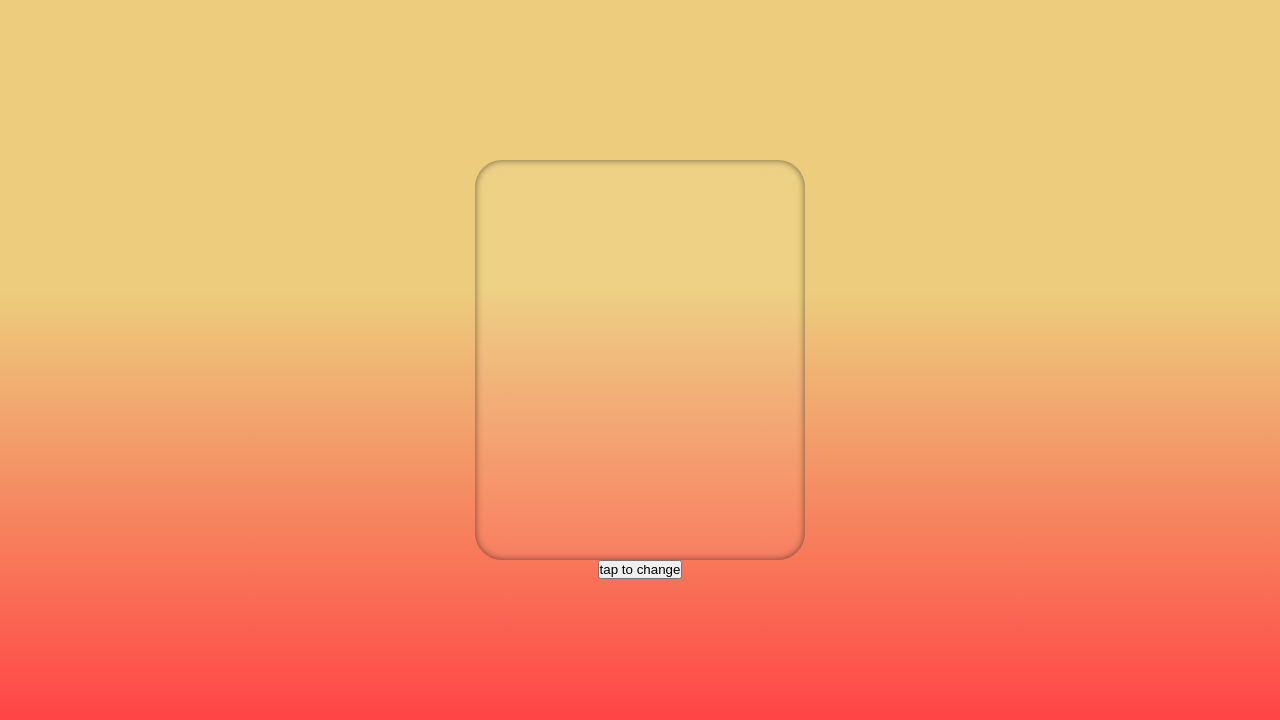
Repository: ThanhThn/profile
Page: index.html
These files come from the project's save history. The page is drawn as it stood at one moment and after the next save; the edit follows.
The browser window is 1280 px wide. The pictures show the whole page.

Above is the page before, as saved 2022-12-04 23:47:09.

After the next save:
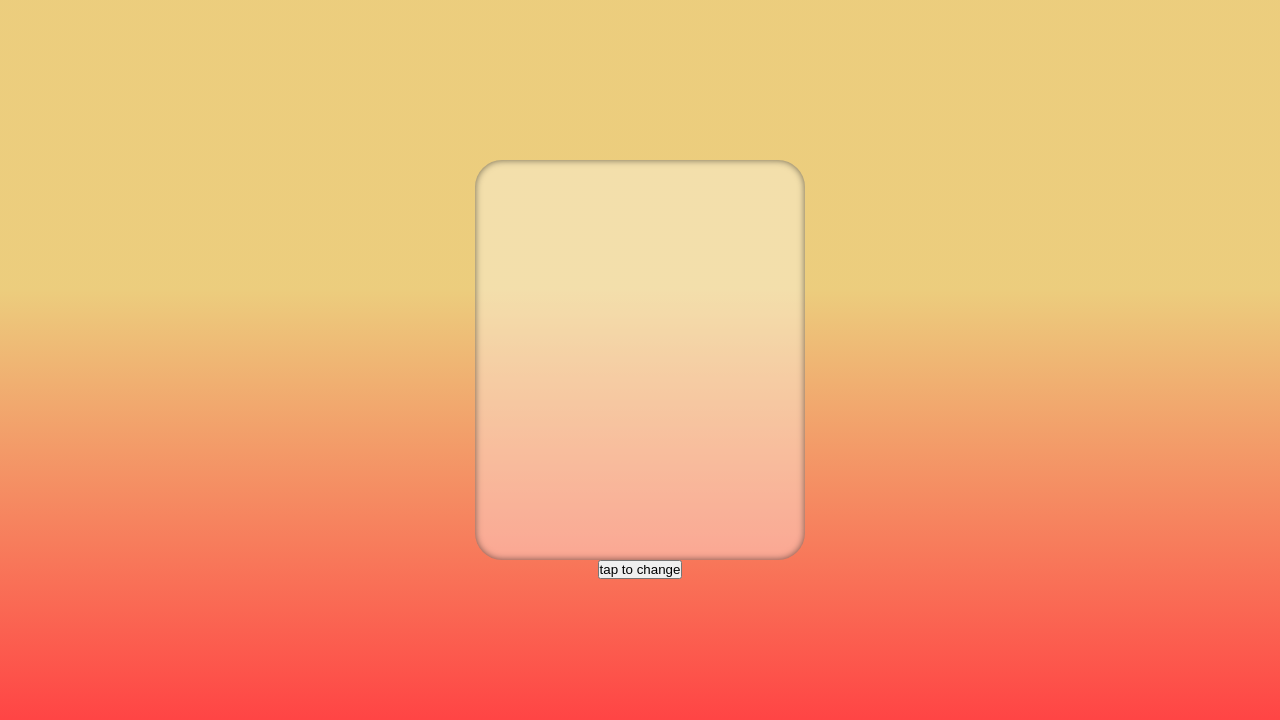
Saved 8 s later.
--- a/style.css
+++ b/style.css
@@ -21,7 +21,7 @@ body{
 .content{
     width: 330px;
     height: 400px;
-    background: rgba(255, 255, 255, 5%);
+    background: rgba(255, 255, 255, 35%);
     border-radius: 27px;
     box-shadow: inset 0px 0px 7px rgba(0, 0, 0, 55%);
 }
